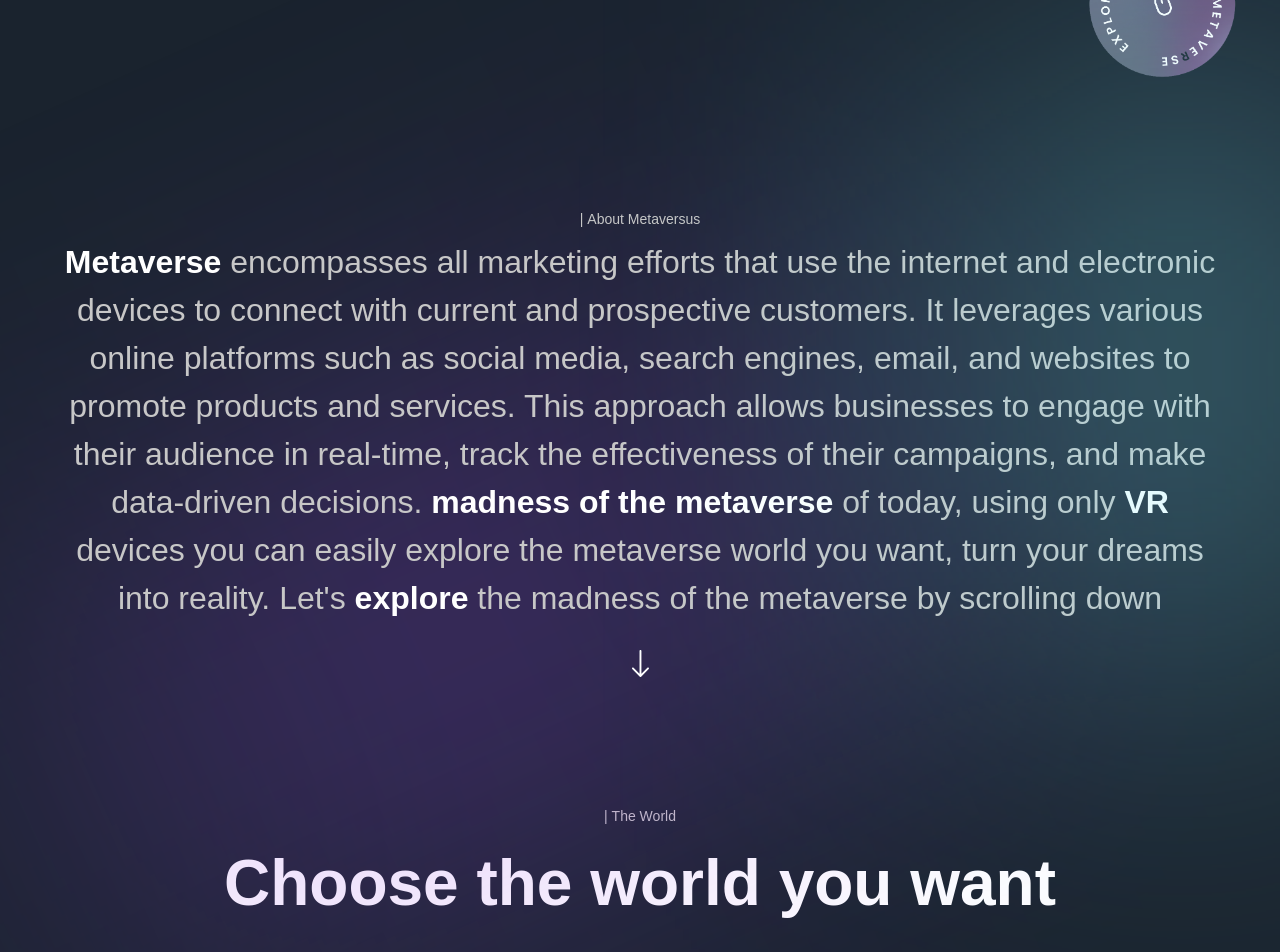
Repository: Shanuga123/metaversus
Page: /
An editor plug-in stored every save of this project. The page is shown before and after the next save, followed by the edit.
The browser window is 1280 px wide. The pictures show the part of the page from y = 959 to 1911 px (the page is 7398 px tall before and 7446 px after).
Some web fonts or font styles are not loaded; a fallback is used. The project was rebuilt for these pictures with package versions that can differ from the ones it lists, and the page was loaded fresh each time. The framework's server and built-in components were replaced by stand-ins that run in the browser. Also part of the build but not shown: next.config.js.

Above is the page before, as saved 2024-08-05 21:35:29.

### components/Navbar.jsx
'use client';

import { motion } from 'framer-motion';

import styles from '../styles';
import { navVariants } from '../utils/motion';

const Navbar = () => (
  <motion.nav
    variants={navVariants}
    initial="hidden"
    whileInView="show"
    className={`${styles.xPaddings} py-8 relative`}
  >
    <div className="absolute w-[50%] inset-0 gradient-01" />
    <div
      className={`${styles.innerWidth} mx-auto flex justify-between gap-8`}
    >
      <img
        src="/search.svg"
        alt="search"
        className="w-[24px] h-[24px] object-contain"
      />
      <h2 className="font-extrabold text-[24px] leading-[30.24px] text-white">
        METAVERSUS
      </h2>
      <img
        src="/menu.svg"
        alt="menu"
        className="w-[24px] h-[24px] object-contain"
      />
    </div>
  </motion.nav>
);

export default Navbar;

### components/CustomTexts.jsx
'use client';

import { motion } from 'framer-motion';
import { textContainer, textVariant2 } from '../utils/motion';

export const TypingText = ({ title, textStyles }) => (
  <motion.p
    variants={textContainer}
    className={`font-normal text-[14px] text-secondary-white ${textStyles}`}
  >
    {Array.from(title).map((letter, index) => (
      <motion.span variants={textVariant2} key={index}>
        {letter === ' ' ? '\u00A0' : letter}
      </motion.span>
    ))}
  </motion.p>
);

export const TitleText = ({ title, textStyles }) => (
  <motion.h2
    variants={textVariant2}
    initial="hidden"
    whileInView="show"
    className={`mt-[8px] font-bold md:text-[64px] text-[40px] text-white ${textStyles}`}
  >
    {title}
  </motion.h2>
);

### components/ExploreCard.jsx
'use client';

import { motion } from 'framer-motion';

import styles from '../styles';
import { fadeIn } from '../utils/motion';

const ExploreCard = ({ id, imgUrl, title, index, active, handleClick }) => (
  <motion.div
    variants={fadeIn('right', 'spring', index * 0.5, 0.75)}
    className={`relative ${
      active === id ? 'lg:flex-[3.5] flex-[10]' : 'lg:flex-[0.5] flex-[2]'
    } flex items-center justify-center min-w-[170px] h-[700px] transition-[flex] duration-[0.7s] ease-out-flex cursor-pointer`}
    onClick={() => handleClick(id)}
  >
    <img
      src={imgUrl}
      alt="planet-04"
      className="absolute w-full h-full object-cover rounded-[24px]"
    />
    {active !== id ? (
      <h3 className="font-semibold sm:text-[26px] text-[18px] text-white absolute z-0 lg:bottom-20 lg:rotate-[-90deg] lg:origin-[0,0]">
        {title}
      </h3>
    ) : (
      <div className="absolute bottom-0 p-8 flex justify-start w-full flex-col bg-[rgba(0,0,0,0.5)] rounded-b-[24px]">
        <div
          className={`${styles.flexCenter} w-[60px] h-[60px] rounded-[24px] glassmorphism mb-[16px]`}
        >
          <img
            src="/headset.svg"
            alt="headset"
            className="w-1/2 h-1/2 object-contain"
          />
        </div>
        <p className="font-normal text-[16px] leading-[20.16px] text-white uppercase">
          Enter Metaverse
        </p>
        <h2 className="mt-[24px] font-semibold sm:text-[32px] text-[24px] text-white">
          {title}
        </h2>
      </div>
    )}
  </motion.div>
);

export default ExploreCard;

### components/InsightCard.jsx
'use client';

import { motion } from 'framer-motion';

import { fadeIn } from '../utils/motion';

const InsightCard = ({ imgUrl, title, subtitle, index }) => (
  <motion.div
    variants={fadeIn('up', 'spring', index * 0.5, 1)}
    className="flex md:flex-row flex-col gap-4"
  >
    <img
      src={imgUrl}
      alt="planet-01"
      className="md:w-[270px] w-full h-[250px] rounded-[32px] object-cover"
    />
    <div className="w-full flex justify-between items-center">
      <div className="flex-1 md:ml-[62px] flex flex-col max-w-[650px]">
        <h4 className="font-normal lg:text-[42px] text-[26px] text-white">
          {title}
        </h4>
        <p className="mt-[16px] font-normal lg:text-[20px] text-[14px] text-secondary-white">
          {subtitle}
        </p>
      </div>

      <div
        className="lg:flex hidden items-center justify-center w-[100px] h-[100px] rounded-full bg-transparent border-[1px] border-white"
      >
        <img
          src="/arrow.svg"
          alt="arrow"
          className="w-[40%] h-[40%] object-contain"
        />
      </div>
    </div>
  </motion.div>
);

export default InsightCard;

### components/Footer.jsx
'use client';

import { motion } from 'framer-motion';
import { socials } from '../constants';

import styles from '../styles';
import { footerVariants } from '../utils/motion';

const Footer = () => (
  <motion.footer
    variants={footerVariants}
    initial="hidden"
    whileInView="show"
    className={`${styles.xPaddings} py-8 relative`}
  >
    <div className="footer-gradient" />
    <div className={`${styles.innerWidth} mx-auto flex flex-col gap-8`}>
      <div className="flex items-center justify-between flex-wrap gap-5">
        <h4 className="font-bold md:text-[64px] text-[44px] text-white">
          Enter the Metaverse
        </h4>
        <button type="button" className="flex items-center h-fit py-4 px-6 bg-[#25618B] rounded-[32px] gap-[12px]">
          <img
            src="/headset.svg"
            alt="headset"
            className="w-[24px] h-[24px] object-contain"
          />
          <span className="font-normal text-[16px] text-white">
            Enter Metaverse
          </span>
        </button>
      </div>

      <div className="flex flex-col">
        <div className="mb-[50px] h-[2px] bg-white opacity-10" />

        <div className="flex items-center justify-between flex-wrap gap-4">
          <h4 className="font-extrabold text-[24px] text-white">
            METAVERUS
          </h4>
          <p className="font-normal text-[14px] text-white opacity-50">
            Copyright © 2021 - 2022 Metaversus. All rights reserved.
          </p>

          <div className="flex gap-4">
            {socials.map((social) => (
              <img
                key={social.name}
                src={social.url}
                alt={social.name}
                className="w-[24px] h-[24px] object-contain cursor-pointer"
              />
            ))}
          </div>
        </div>
      </div>
    </div>
  </motion.footer>
);

export default Footer;

### sections/Hero.jsx
'use client';

import { motion } from 'framer-motion';

import styles from '../styles';
import { slideIn, staggerContainer, textVariant } from '../utils/motion';

const Hero = () => (
  <section className={`${styles.yPaddings} sm:pl-16 pl-6`}>
    <motion.div
      variants={staggerContainer}
      initial="hidden"
      whileInView="show"
      viewport={{ once: false, amount: 0.25 }}
      className={`${styles.innerWidth} mx-auto flex flex-col`}
    >
      <div className="flex justify-center items-center flex-col relative z-10">
        <motion.h1 variants={textVariant(1.1)} className={styles.heroHeading}>
          Digital
        </motion.h1>
        <motion.div
          variants={textVariant(1.2)}
          className="flex flex-row justify-center items-center"
        >
          <h1 className={styles.heroHeading}>MaR</h1>

          <h1 className={styles.heroHeading}>Keting</h1>
        </motion.div>
      </div>

      <motion.div
        variants={slideIn('right', 'tween', 0.2, 1)}
        className="relative w-full md:-mt-[20px] -mt-[12px]"
      >
        <div className="absolute w-full h-[300px] hero-gradient rounded-tl-[140px] z-[0] -top-[30px]" />

        <img
          src="/cover1.jpg"
          alt="hero_cover"
          className="w-full sm:h-[500px] h-[350px] object-cover rounded-tl-[140px] z-10 relative"
        />

        <a href="#explore">
          <div className="w-full flex justify-end sm:-mt-[70px] -mt-[50px] pr-[40px] relative z-10">
            <img
              src="/stamp.png"
              alt="stamp"
              className="sm:w-[155px] w-[100px] sm:h-[155px] h-[100px] object-contain"
            />
          </div>
        </a>
      </motion.div>
    </motion.div>
  </section>
);

export default Hero;

### sections/About.jsx
'use client';

import { motion } from 'framer-motion';
import { TypingText } from '../components';

import styles from '../styles';
import { fadeIn, staggerContainer } from '../utils/motion';

const About = () => (
  <section className={`${styles.paddings} relative z-10`}>
    <div className="gradient-02 z-0" />
    <motion.div
      variants={staggerContainer}
      initial="hidden"
      whileInView="show"
      viewport={{ once: false, amount: 0.25 }}
      className={`${styles.innerWidth} mx-auto ${styles.flexCenter} flex-col`}
    >
      <TypingText title="| About Metaversus" textStyles="text-center" />

      <motion.p
        variants={fadeIn('up', 'tween', 0.2, 1)}
        className="mt-[8px] font-normal sm:text-[32px] text-[20px] text-center text-secondary-white"
      >
        <span className="font-extrabold text-white">Metaverse</span> encompasses all marketing efforts that use the internet and electronic devices to connect with current and prospective customers. It leverages various online platforms such as social media, search engines, email, and websites to promote products and services. This approach allows businesses to engage with their audience in real-time, track the effectiveness of their campaigns, and make data-driven decisions. {' '}
        <span className="font-extrabold text-white">
          madness of the metaverse
        </span>{' '}
        of today, using only{' '}
        <span className="font-extrabold text-white">VR</span> devices you can
        easily explore the metaverse world you want, turn your dreams into
        reality. Let's{' '}
        <span className="font-extrabold text-white">explore</span> the madness
        of the metaverse by scrolling down
      </motion.p>

      <motion.img
        variants={fadeIn('up', 'tween', 0.3, 1)}
        src="/arrow-down.svg"
        alt="arrow down"
        className="w-[18px] h-[28px] object-contain mt-[28px]"
      />
    </motion.div>
  </section>
);

export default About;

### sections/Explore.jsx
'use client';

import { useState } from 'react';
import { motion } from 'framer-motion';

import styles from '../styles';
import { exploreWorlds } from '../constants';
import { staggerContainer } from '../utils/motion';
import { ExploreCard, TitleText, TypingText } from '../components';

const Explore = () => {
  const [active, setActive] = useState('world-2');

  return (
    <section className={`${styles.paddings}`} id="explore">
      <motion.div
        variants={staggerContainer}
        initial="hidden"
        whileInView="show"
        viewport={{ once: false, amount: 0.25 }}
        className={`${styles.innerWidth} mx-auto flex flex-col`}
      >
        <TypingText title="| The World" textStyles="text-center" />
        <TitleText
          title={<>Choose the world you want <br className="md:block hidden" /> to explore</>}
          textStyles="text-center"
        />
        <div className="mt-[50px] flex lg:flex-row flex-col min-h-[70vh] gap-5">
          {exploreWorlds.map((world, index) => (
            <ExploreCard
              key={world.id}
              {...world}
              index={index}
              active={active}
              handleClick={setActive}
            />
          ))}
        </div>
      </motion.div>
    </section>
  );
};

export default Explore;

### sections/GetStarted.jsx
'use client';

import { motion } from 'framer-motion';

import styles from '../styles';
import { startingFeatures } from '../constants';
import { StartSteps, TitleText, TypingText } from '../components';
import { staggerContainer, fadeIn, planetVariants } from '../utils/motion';

const GetStarted = () => (
  <section className={`${styles.paddings} relative z-10`}>
    <motion.div
      variants={staggerContainer}
      initial="hidden"
      whileInView="show"
      viewport={{ once: false, amount: 0.25 }}
      className={`${styles.innerWidth} mx-auto flex lg:flex-row flex-col gap-8`}
    >
      <motion.div
        variants={planetVariants('left')}
        className={`flex-1 ${styles.flexCenter}`}
      >
        <img
          src="/get-started.png"
          alt="get-started"
          className="w-[90%] h-[90%] object-contain"
        />
      </motion.div>
      <motion.div
        variants={fadeIn('left', 'tween', 0.2, 1)}
        className="flex-[0.75] flex justify-center flex-col"
      >
        <TypingText title="| How Metaversus Works" />
        <TitleText title={<>Get started with just a few clicks</>} />
        <div className="mt-[31px] flex flex-col max-w-[370px] gap-[24px]">
          {startingFeatures.map((feature, index) => (
            <StartSteps
              key={feature}
              number={`${index < 10 ? '0' : ''} ${index + 1}`}
              text={feature}
            />
          ))}
        </div>
      </motion.div>
    </motion.div>
  </section>
);

export default GetStarted;

### sections/WhatsNew.jsx
'use client';

import { motion } from 'framer-motion';

import styles from '../styles';
import { newFeatures } from '../constants';
import { NewFeatures, TitleText, TypingText } from '../components';
import { planetVariants, staggerContainer, fadeIn } from '../utils/motion';

const WhatsNew = () => (
  <section className={`${styles.paddings} relative z-10`}>
    <motion.div
      variants={staggerContainer}
      initial="hidden"
      whileInView="show"
      viewport={{ once: false, amount: 0.25 }}
      className={`${styles.innerWidth} mx-auto flex lg:flex-row flex-col gap-8`}
    >
      <motion.div
        variants={fadeIn('right', 'tween', 0.2, 1)}
        className="flex-[0.95] flex justify-center flex-col"
      >
        <TypingText title="| Whats new?" />
        <TitleText title={<>What's new about Metaversus?</>} />
        <div className="mt-[48px] flex flex-wrap justify-between gap-[24px]">
          {newFeatures.map((feature) => (
            <NewFeatures key={feature.title} {...feature} />
          ))}
        </div>
      </motion.div>

      <motion.div
        variants={planetVariants('right')}
        className={`flex-1 ${styles.flexCenter}`}
      >
        <img
          src="/whats-new.png"
          alt="get-started"
          className="w-[90%] h-[90%] object-contain"
        />
      </motion.div>
    </motion.div>
  </section>
);

export default WhatsNew;

### sections/World.jsx
'use client';

import { motion } from 'framer-motion';

import styles from '../styles';
import { TitleText, TypingText } from '../components';
import { fadeIn, staggerContainer } from '../utils/motion';

const World = () => (
  <section className={`${styles.paddings} relative z-10`}>
    <motion.div
      variants={staggerContainer}
      initial="hidden"
      whileInView="show"
      viewport={{ once: false, amount: 0.25 }}
      className={`${styles.innerWidth} mx-auto flex flex-col`}
    >

      <TypingText title="| People on the World" textStyles="text-center" />
      <TitleText
        title={(
          <>Track friends around you and invite them to play together in the same
            world
          </>
        )}
        textStyles="text-center"
      />

      <motion.div
        variants={fadeIn('up', 'tween', 0.3, 1)}
        className="relative mt-[68px] flex w-full h-[550px]"
      >
        <img src="/map.png" alt="map" className="w-full h-full object-cover" />

        <div className="absolute bottom-20 right-20 w-[70px] h-[70px] p-[6px] rounded-full bg-[#5D6680]">
          <img src="people-01.png" alt="people" className="w-full h-full" />
        </div>

        <div className="absolute top-10 left-20 w-[70px] h-[70px] p-[6px] rounded-full bg-[#5D6680]">
          <img src="/people-02.png" alt="people" className="w-full h-full" />
        </div>

        <div className="absolute top-1/2 left-[45%] w-[70px] h-[70px] p-[6px] rounded-full bg-[#5D6680]">
          <img src="people-03.png" alt="people" className="w-full h-full" />
        </div>
      </motion.div>
    </motion.div>
  </section>
);

export default World;

### sections/Insights.jsx
'use client';

import { motion } from 'framer-motion';

import styles from '../styles';
import { insights } from '../constants';
import { staggerContainer } from '../utils/motion';
import { InsightCard, TitleText, TypingText } from '../components';

const Insights = () => (
  <section className={`${styles.paddings} relative z-10`}>
    <motion.div
      variants={staggerContainer}
      initial="hidden"
      whileInView="show"
      viewport={{ once: false, amount: 0.25 }}
      className={`${styles.innerWidth} mx-auto flex flex-col`}
    >
      <TypingText title="| Insight" textStyles="text-center" />
      <TitleText title={<>Insight about metaverse</>} textStyles="text-center" />
      <div className="mt-[50px] flex flex-col gap-[30px]">
        {insights.map((item, index) => (
          <InsightCard key={`insight-${index}`} {...item} index={index + 1} />
        ))}
      </div>
    </motion.div>
  </section>
);

export default Insights;

### sections/Feedback.jsx
'use client';

import { motion } from 'framer-motion';

import styles from '../styles';
import { fadeIn, staggerContainer, zoomIn } from '../utils/motion';

const Feedback = () => (
  <section className={`${styles.paddings}`}>
    <motion.div
      variants={staggerContainer}
      initial="hidden"
      whileInView="show"
      viewport={{ once: false, amount: 0.25 }}
      className={`${styles.innerWidth} mx-auto flex lg:flex-row flex-col gap-6`}
    >
      <motion.div
        variants={fadeIn('right', 'tween', 0.2, 1)}
        className="flex-[0.5] lg:max-w-[370px] flex justify-end flex-col gradient-05 sm:p-8 p-4 rounded-[32px] border-[1px] border-[#6A6A6A] relative"
      >
        <div className="feedback-gradient" />
        <div>
          <h4 className="font-bold sm:text-[32px] text-[26px] sm:leading-[40.32px] leading-[36.32px] text-white">
            Samantha
          </h4>
          <p className="mt-[8px] font-normal sm:text-[18px] text-[12px] sm:leading-[22.68px] leading-[16.68px] text-white">
            Founder Metaverus
          </p>
        </div>

        <p className="mt-[24px] font-normal sm:text-[24px] text-[18px] sm:leading-[45.6px] leading-[39.6px] text-white">
          “With the development of today's technology, metaverse is very
          useful for today's work, or can be called web 3.0. by using
          metaverse you can use it as anything”
        </p>
      </motion.div>

      <motion.div
        variants={fadeIn('left', 'tween', 0.2, 1)}
        className="relative flex-1 flex justify-center items-center"
      >
        <img
          src="/planet-09.png"
          alt="planet-09"
          className="w-full lg:h-[610px] h-auto min-h-[210px] object-cover rounded-[40px]"
        />

        <motion.div
          variants={zoomIn(0.4, 1)}
          className="lg:block hidden absolute -left-[10%] top-[3%]"
        >
          <img
            src="/stamp.png"
            alt="stamp"
            className="w-[155px] h-[155px] object-contain"
          />
        </motion.div>
      </motion.div>
    </motion.div>
  </section>
);

export default Feedback;

### styles/index.js
const styles = {
  innerWidth: '2xl:max-w-[1280px] w-full',
  interWidth: 'lg:w-[80%] w-[100%]',

  paddings: 'sm:p-16 xs:p-8 px-6 py-12',
  yPaddings: 'sm:py-16 xs:py-8 py-12',
  xPaddings: 'sm:px-16 px-6',
  topPaddings: 'sm:pt-16 xs:pt-8 pt-12',
  bottomPaddings: 'sm:pb-16 xs:pb-8 pb-12',

  flexCenter: 'flex justify-center items-center',
  flexStart: 'flex justify-start items-start',
  flexEnd: 'flex justify-end',
  navPadding: 'pt-[98px]',

  // hero section
  heroHeading:
      'font-bold lg:text-[144px] md:text-[100px] sm:text-[60px] text-[44px] lg:leading-[158.4px] md:leading-[114.4px] sm:leading-[74.4px] leading-[64.4px] uppercase text-white',
  heroRText:
      'md:w-[212px] sm:w-[80px] w-[60px] md:h-[108px] sm:h-[48px] h-[38px] md:border-[18px] border-[9px] rounded-r-[50px] border-white sm:mx-2 mx-[6px]',
};

export default styles;

Loaded but not shown: app/layout.js (common file); app/page.js (common file); styles/globals.css (common file); components/index.js (common file); sections/index.js (common file); components/StartSteps.jsx (common file); components/NewFeatures.jsx (common file); tailwind.config.js (common file); utils/motion.js (161 lines, source omitted); constants/index.js (88 lines, source omitted)

After the next save:
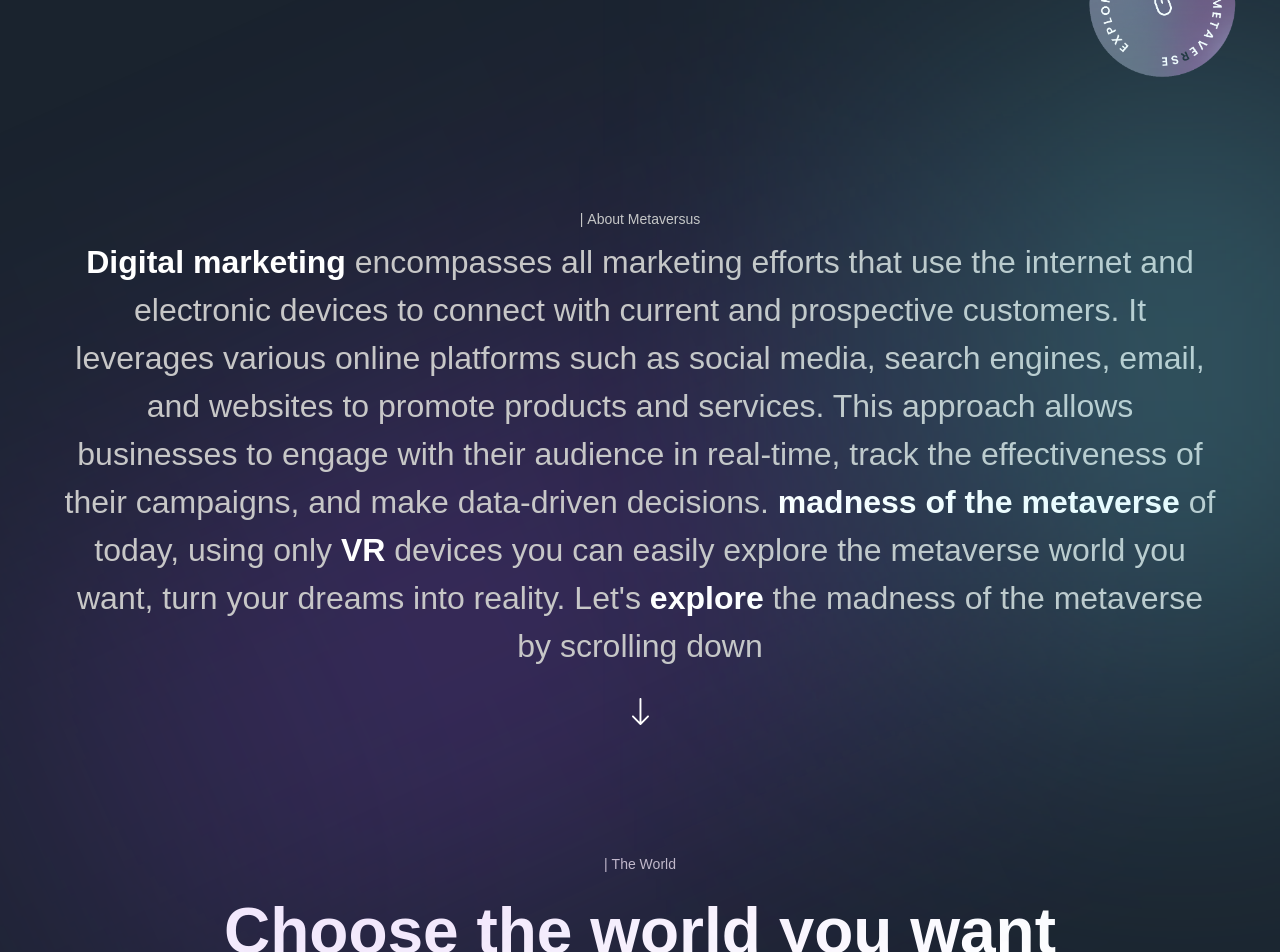
Saved 6 s later.
--- a/sections/About.jsx
+++ b/sections/About.jsx
@@ -22,7 +22,7 @@ const About = () => (
         variants={fadeIn('up', 'tween', 0.2, 1)}
         className="mt-[8px] font-normal sm:text-[32px] text-[20px] text-center text-secondary-white"
       >
-        <span className="font-extrabold text-white">Metaverse</span> encompasses all marketing efforts that use the internet and electronic devices to connect with current and prospective customers. It leverages various online platforms such as social media, search engines, email, and websites to promote products and services. This approach allows businesses to engage with their audience in real-time, track the effectiveness of their campaigns, and make data-driven decisions. {' '}
+        <span className="font-extrabold text-white">Digital marketing </span> encompasses all marketing efforts that use the internet and electronic devices to connect with current and prospective customers. It leverages various online platforms such as social media, search engines, email, and websites to promote products and services. This approach allows businesses to engage with their audience in real-time, track the effectiveness of their campaigns, and make data-driven decisions. {' '}
         <span className="font-extrabold text-white">
           madness of the metaverse
         </span>{' '}
